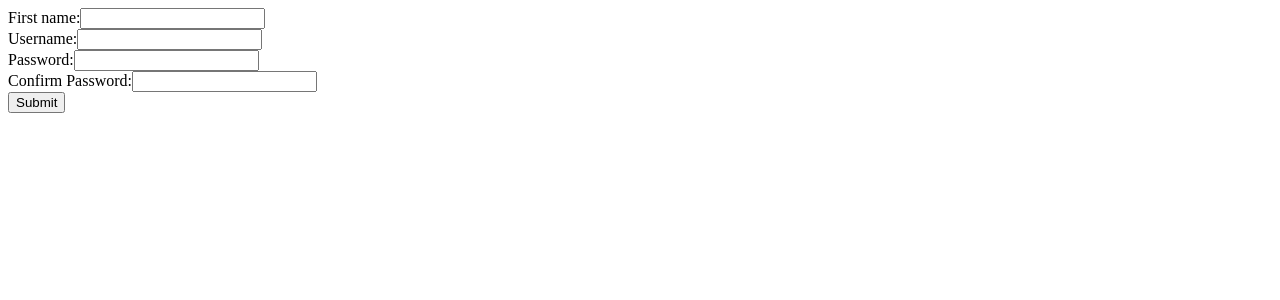
Repository: Shveta625/EmfRepository
Page: http://localhost/UserRegistration/RegisterUser.jsp
The author's editor kept a copy of each file at every save. The page is drawn from the files as they stood at one save, then again after the next save.
The browser window is 1280 px wide. The pictures show the whole page.
The page is served by Tomcat 9. Other server files are loaded and not shown.

Above is the page before, as saved 2017-11-09 03:48:02.

### UserRegistration/WebContent/RegisterUser.jsp
<%@ page language="java" contentType="text/html; charset=UTF-8"
	pageEncoding="UTF-8"%>
<jsp:useBean id="obj" class="bean.UserBean"/>
<!DOCTYPE html PUBLIC "-//W3C//DTD HTML 4.01 Transitional//EN" "http://www.w3.org/TR/html4/loose.dtd">
<html>
<head>
<meta http-equiv="Content-Type" content="text/html; charset=UTF-8">
<title>Insert title here</title>
</head>
<body>

	<script>
		function validate() {
			alert( document.getElementById("firstName").value);
			var name =  document.getElementById("firstName").value;
			var username =  document.getElementById("username").value;
			var pwd =  document.getElementById("password").value;
			var confPwd = document.getElementById("confPassword").value;
			if (firstName == null || firstName == "") {
				alert("FirstName can't be blank");
				return false;
			} else if (username == null || username == "") {
				alert("Username can't be blank");
				return false;
			} else if (pwd.length < 6) {
				alert("Password must be at least 6 characters long.");
				return false;
			} else if (pwd != confPwd) {
				alert("Confirm Password should match with the Password");
				return false;
			}
		}
	</script>

	<script>
		function showForm(a) {
			if (a == document.getElementById("form2")) {
				alert("abc: " + document.getElementById("form2").style.display == "none");
				document.getElementById("form1").style.display = "none";
				document.getElementById("form2").style.display = "block";
			} else {
				document.getElementById("form2").style.display = "none";
				document.getElementById("form3").style.display = "block";
			}

			alert("after: " + document.getElementById("form2").style.display == "none");
		}
	</script>

	<form id="form" action="RegisterUserServlet" method="post"
		onsubmit="return validate()">
		First name:<input type="text" id="firstName" name="firstName"> <br>
		Username:<input type="text" id="username" name="username"> <br>
		Password:<input type="password" id="password" name="password"> <br>
		Confirm Password:<input type="password" id="confPassword" name="confPassword"> <br>
		<input type="Submit" value="Submit">
	</form>

</body>
</html>

### UserRegistration/src/bean/UserBean.java
package bean;

import java.util.Date;

public class UserBean {
	enum Role{
		ADMIN, USER;
	}
	String firstName;
	String lasttName;
	String email;
	String address;
	String phone;
	String username;
	String password;
	Date dob;
	Role role;
	int age;


	public int getAge() {
		return age;
	}
	public void setAge(int age) {
		this.age = age;
	}
	public String getFirstName() {
		return firstName;
	}
	public void setFirstName(String firstName) {
		this.firstName = firstName;
	}
	public String getLasttName() {
		return lasttName;
	}
	public void setLasttName(String lasttName) {
		this.lasttName = lasttName;
	}
	public String getEmail() {
		return email;
	}
	public void setEmail(String email) {
		this.email = email;
	}
	public String getAddress() {
		return address;
	}
	public void setAddress(String address) {
		this.address = address;
	}
	public String getPhone() {
		return phone;
	}
	public void setPhone(String phone) {
		this.phone = phone;
	}
	public String getUsername() {
		return username;
	}
	public void setUsername(String username) {
		this.username = username;
	}
	public String getPassword() {
		return password;
	}
	public void setPassword(String password) {
		this.password = password;
	}
	public Date getDob() {
		return dob;
	}
	public void setDob(Date dob) {
		this.dob = dob;
	}
	public Role getRole() {
		return role;
	}
	public void setRole(Role role) {
		this.role = role;
	}

}

After the next save:
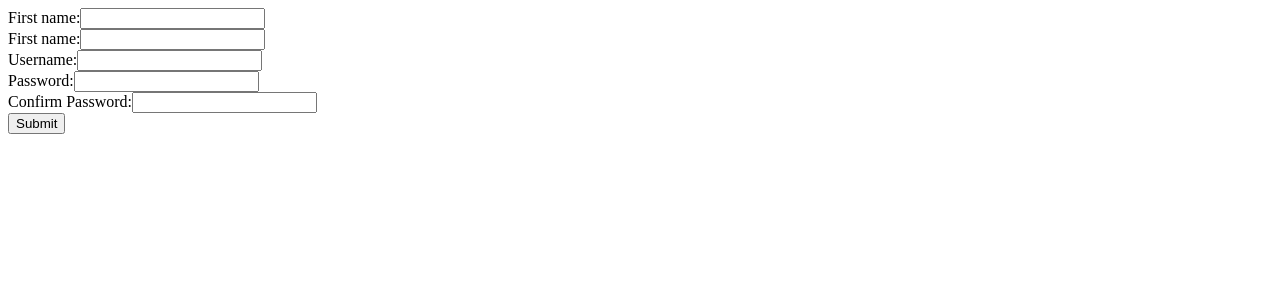
Saved 14 min 11 s later.
--- a/UserRegistration/WebContent/RegisterUser.jsp
+++ b/UserRegistration/WebContent/RegisterUser.jsp
@@ -50,6 +50,7 @@
 	<form id="form" action="RegisterUserServlet" method="post"
 		onsubmit="return validate()">
 		First name:<input type="text" id="firstName" name="firstName"> <br>
+		First name:<input type="text" id="user" name="user"> <br>
 		Username:<input type="text" id="username" name="username"> <br>
 		Password:<input type="password" id="password" name="password"> <br>
 		Confirm Password:<input type="password" id="confPassword" name="confPassword"> <br>
